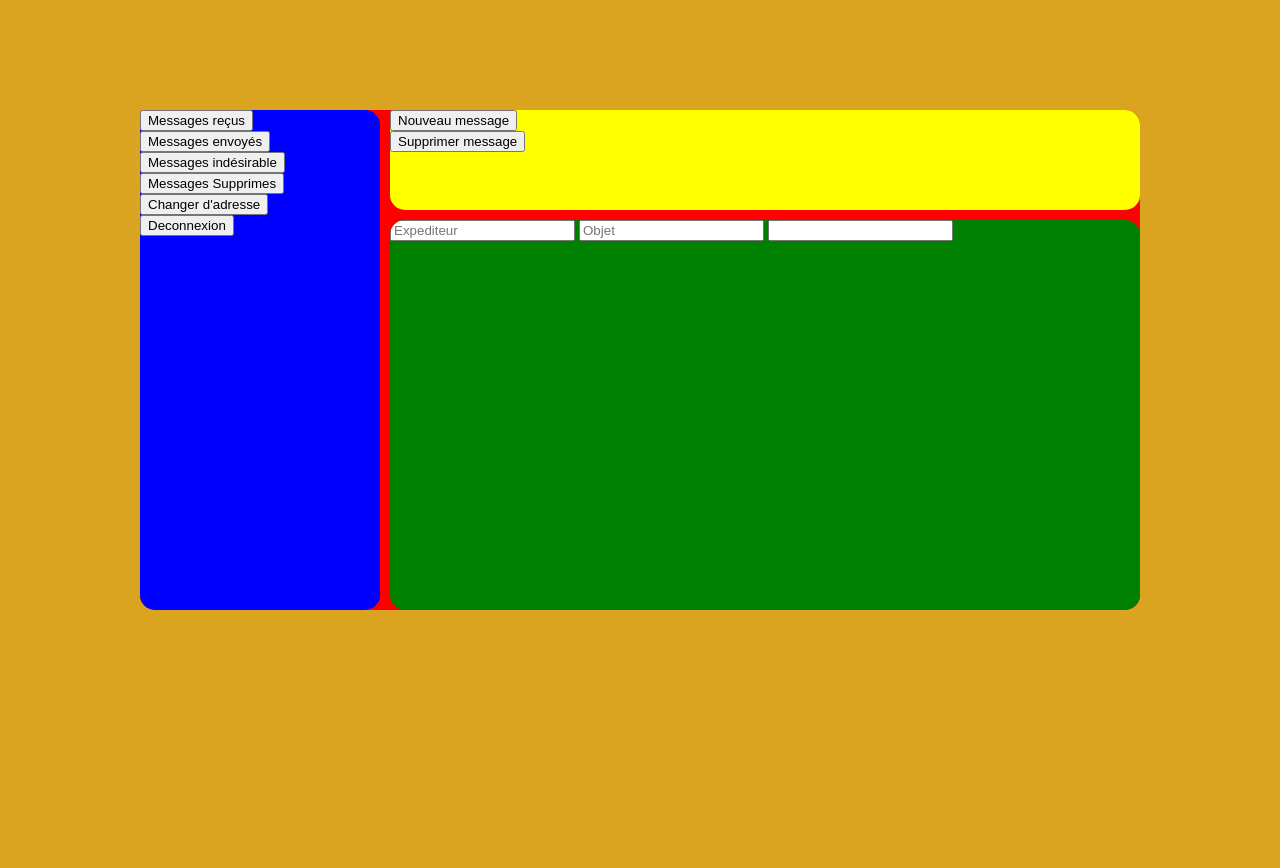
Repository: N1portekoi/JEE
Page: http://localhost/WebMail/JSP/Message.jsp
An editor plug-in stored every save of this project. The page is shown before and after the next save, followed by the edit.
The browser window is 1280 px wide. The pictures show the whole page.
The page is served by Tomcat 9.

Above is the page before, as saved 2017-01-12 03:12:12.

After the next save:
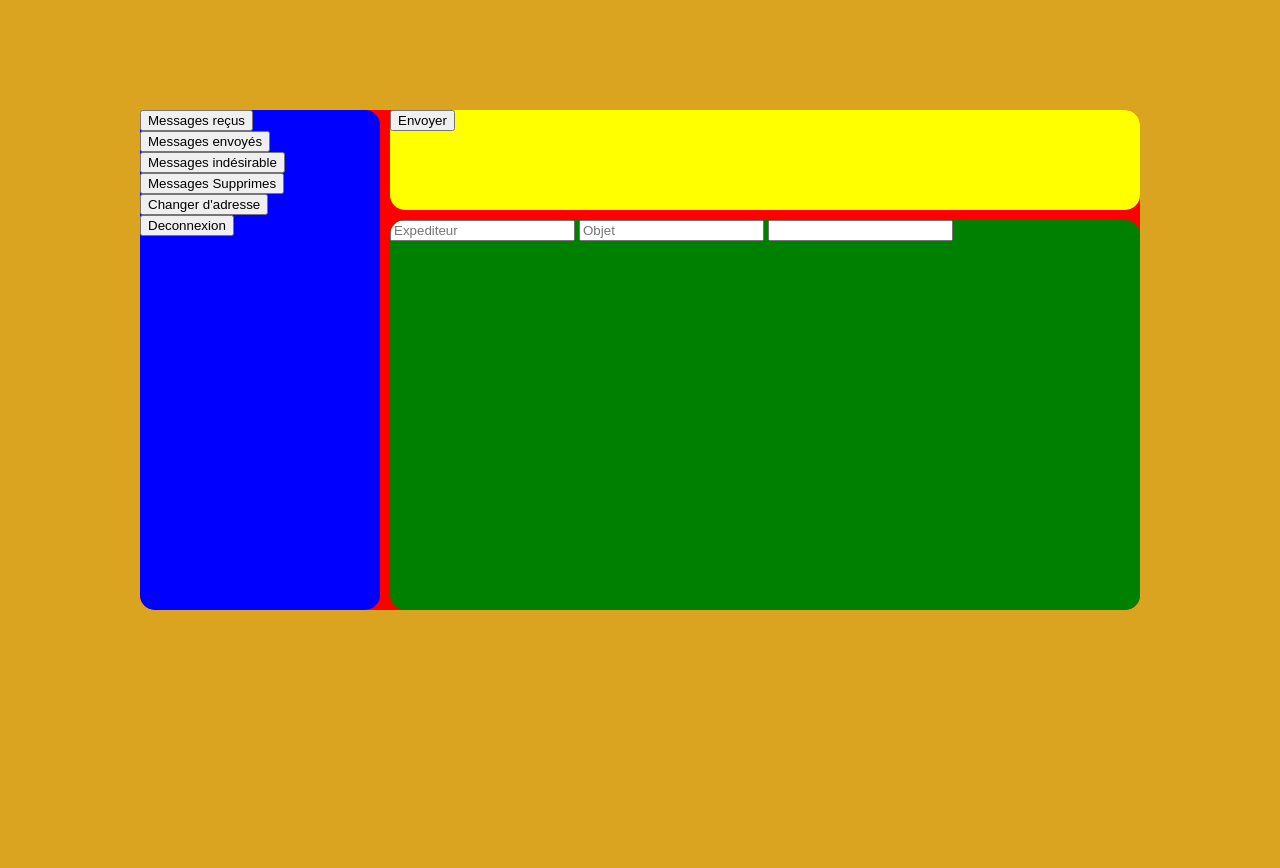
Saved 90 s later.
--- a/WebMail/WebContent/JSP/Message.jsp
+++ b/WebMail/WebContent/JSP/Message.jsp
@@ -9,15 +9,10 @@
 <body>
 	<div id="main">
 		<%@include file="includes/Menu.jsp" %>
-		<div id="tools">
-			<form method="GET" action="Adresses">
-				<input type="submit"   value="Nouveau message" />
-			</form>
-			<form method="POST" action="Connexion">
-				<input type="submit"   value="Supprimer message" />
-			</form>
-		</div>
 		<form method="GET" action="MessagesRecus">
+			<div id="tools">
+				<input type="submit"   value="Envoyer" />
+			</div>
 			<div id="messages">
 				<input name="expediteur" type="text" placeholder="Expediteur" maxlength="15">
 				<input name="objet"      type="text" placeholder="Objet"      maxlength="40">
